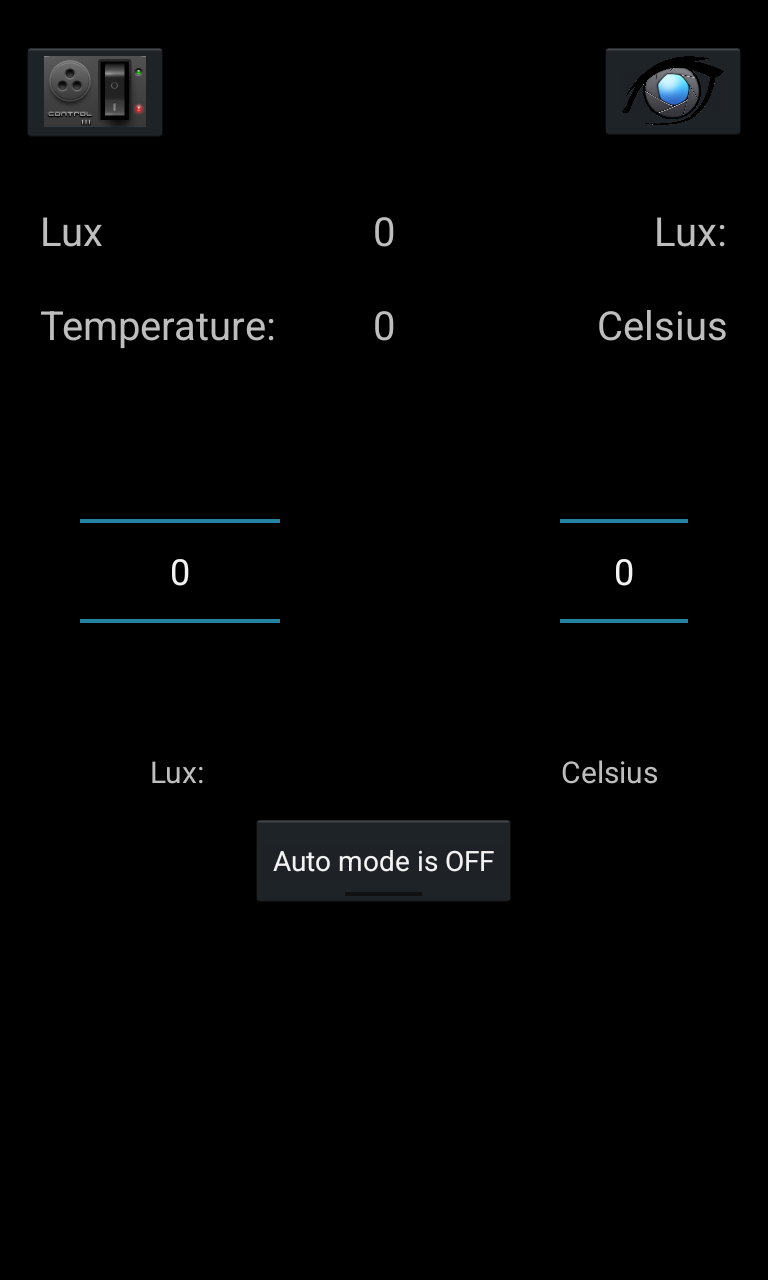
Repository: deanzaka/Shroom_IOIO_OpenCV
Layout: samples/IOIOSimpleApp/res/layout/main.xml
An editor plug-in stored every save of this project. The layout is shown before and after the next save, followed by the edit.
It is drawn on a 768 x 1280 px phone screen (xhdpi) without system bars, with theme android:Theme.Holo; the app's code is not run.

Above is the layout before, as saved 2014-06-04 10:10:42.

### samples/IOIOSimpleApp/res/layout/main.xml
<?xml version="1.0" encoding="utf-8"?>
<LinearLayout xmlns:android="http://schemas.android.com/apk/res/android"
    android:orientation="vertical"
    android:layout_width="fill_parent"
    android:layout_height="fill_parent"
    android:background="#00000000">

    <RelativeLayout
        android:layout_width="match_parent"
        android:layout_height="wrap_content"
        android:orientation="horizontal"
        android:paddingTop="10dp">

        <ImageButton
            android:src="@drawable/camera"
            android:id="@+id/CameraButton"
            android:layout_width="wrap_content"
            android:layout_height="wrap_content"
            android:layout_margin="10dp"
            android:layout_alignParentRight="true"
            android:maxWidth="75dp"
  			android:maxHeight="75dp"
  			android:scaleType="fitCenter"
            android:adjustViewBounds="true"
            android:onClick="ColorBlobSetup"
            />

        <ImageButton
		    android:id="@+id/panel"
		    android:src="@drawable/panel"
		    android:layout_width="wrap_content"
            android:layout_height="wrap_content"
            android:layout_margin="10dp"
            android:layout_alignParentLeft="true"
            android:maxWidth="75dp"
  			android:maxHeight="75dp"
  			android:scaleType="fitCenter"
            android:adjustViewBounds="true"
		    android:onClick="menuAct"
		    />

    </RelativeLayout>

	<RelativeLayout
		android:layout_width="match_parent"
		android:layout_height="wrap_content"
		android:orientation="horizontal"
		android:paddingTop="20dp">
		<TextView
			android:text="@string/inte_label"
			android:layout_width="wrap_content"
			android:layout_height="wrap_content"
			android:layout_alignParentLeft="true"
			android:paddingLeft="20dp"
			android:textSize="20sp"
			/>

		<TextView
		    android:id="@+id/LuxValue"
		    android:layout_width="wrap_content"
		    android:layout_height="wrap_content"
		    android:layout_centerHorizontal="true"
		    android:text="0"
		    android:textSize="20sp" />

		<TextView
			android:text="@string/lux_label"
			android:layout_width="wrap_content"
			android:layout_height="wrap_content"
			android:layout_alignParentRight="true"
			android:paddingRight="20dp"
			android:textSize="20sp"
			/>
	</RelativeLayout>

	<RelativeLayout
		android:layout_width="wrap_content"
		android:layout_height="wrap_content"
		android:orientation="horizontal"
		android:paddingTop="20dp">
		<TextView
			android:text="@string/temp_label"
			android:layout_width="wrap_content"
			android:layout_height="wrap_content"
			android:paddingLeft="20dp"
			android:layout_alignParentLeft="true"
			android:textSize="20sp"
			/>
		<TextView
			android:id="@+id/TempValue"
			android:text="0"
			android:layout_width="wrap_content"
			android:layout_height="wrap_content"
			android:layout_centerHorizontal="true"
			android:textSize="20sp"
			/>
		<TextView
			android:text="@string/cel_label"
			android:layout_width="wrap_content"
			android:layout_height="wrap_content"
			android:paddingRight="20dp"
			android:layout_alignParentRight="true"
			android:textSize="20sp"
			/>
	</RelativeLayout>

	<RelativeLayout
	    android:layout_width="fill_parent"
		android:layout_height="wrap_content"
		android:orientation="horizontal"
		android:gravity="center_horizontal"
		android:paddingTop="20dp">

		<NumberPicker
		    android:id="@+id/userLux"
		    android:layout_width="100dp"
		    android:layout_height="wrap_content"
		    android:layout_alignParentLeft="true"
		    android:layout_marginLeft="40dp"/>

		<NumberPicker
		    android:id="@+id/userTemp"
		    android:layout_width="wrap_content"
		    android:layout_height="wrap_content"
		    android:layout_alignParentRight="true"
		    android:layout_marginRight="40dp"/>

	</RelativeLayout>

	<RelativeLayout
	    android:layout_width="fill_parent"
		android:layout_height="wrap_content"
		android:orientation="horizontal"
		android:gravity="center_horizontal">

		<TextView
		    android:text="@string/lux_label"
		    android:layout_width="wrap_content"
		    android:layout_height="wrap_content"
		    android:layout_alignParentLeft="true"
		    android:layout_marginLeft="75dp"
		    android:textSize="15sp"/>

		<TextView
		    android:text="@string/cel_label"
		    android:layout_width="wrap_content"
		    android:layout_height="wrap_content"
		    android:layout_alignParentRight="true"
		    android:layout_marginRight="55dp"
		    android:textSize="15sp"/>

	</RelativeLayout>

	<ToggleButton
			android:id="@+id/ToggleAuto"
			android:layout_width="wrap_content"
			android:layout_height="wrap_content"
			android:layout_margin="10dp"
			android:textOff="Auto mode is OFF"
			android:textOn="Auto mode is ON"
			android:layout_gravity="center_horizontal"
			/>
</LinearLayout>

### samples/IOIOSimpleApp/res/values/strings.xml
<?xml version="1.0" encoding="utf-8"?>
<resources>

    <string name="app_name">Shroom</string>
    <string name="lux_label">Lux:</string>
    <string name="cel_label">Celsius</string>
    <string name="temp_label">Temperature:</string>
    <string name="inte_label">Lux</string>
    <string name="IR_label">IR</string>
    <string name="title_activity_menu">Shroom</string>
    <string name="seekbar_label">Move to unlock panel</string>
    <string name="action_settings">Settings</string>
    <string name="hello_world">Hello world!</string>
    <string name="setup_label">Choose button to setup color codes</string>
    <string name="setup_title">setup Color Codes</string>

</resources>

After the next save:
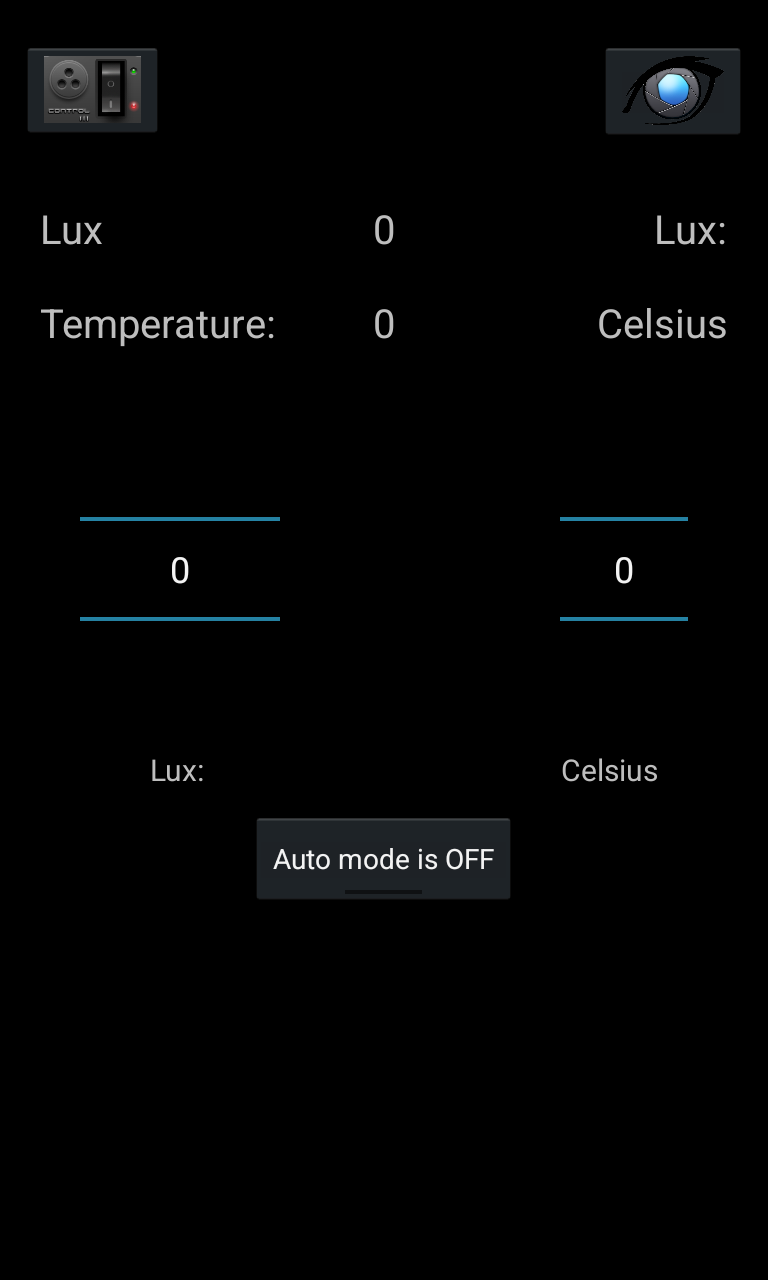
Saved 5 s later.
--- a/samples/IOIOSimpleApp/res/layout/main.xml
+++ b/samples/IOIOSimpleApp/res/layout/main.xml
@@ -33,7 +33,7 @@
             android:layout_margin="10dp"
             android:layout_alignParentLeft="true"
             android:maxWidth="75dp"
-  			android:maxHeight="75dp"
+  			android:maxHeight="50dp"
   			android:scaleType="fitCenter"
             android:adjustViewBounds="true"
 		    android:onClick="menuAct"
